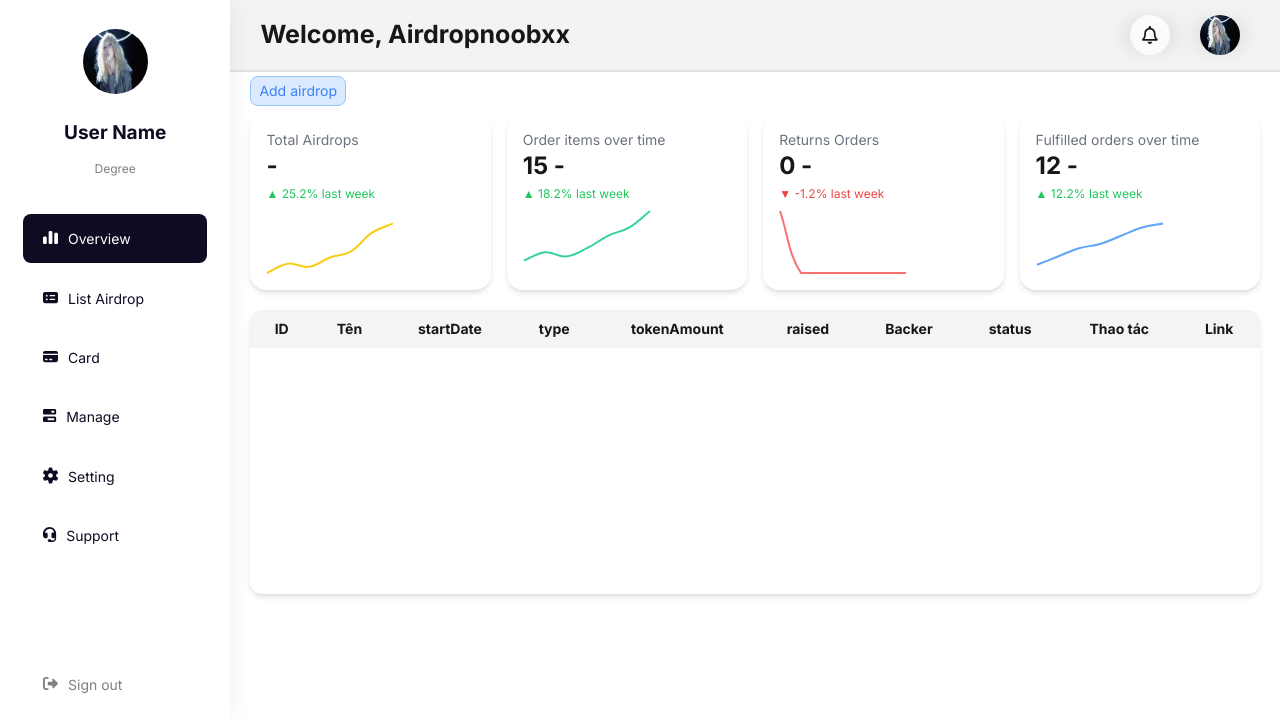
Repository: conGaStuer/airdropmamager
Page: /airdrops
These files come from the project's save history. The page is drawn as it stood at one moment and after the next save; the edit follows.
The browser window is 1280 px wide. The pictures show the whole page.
The page's requests for data from a server got no answer. The project was rebuilt for these pictures with package versions that can differ from the ones it lists, and the page was loaded fresh each time. The framework's server and built-in components were replaced by stand-ins that run in the browser. No one was signed in, and anything a server would have sent is missing. Also part of the build but not shown: next.config.ts.

Above is the page before, as saved 2025-05-28 19:29:44.

### src/app/layout.tsx
// app/layout.tsx
import { Inter } from "next/font/google";
import "../styles/globals.css";
import NavBar from "@/components/NavBar";
import SideBar from "@/components/SideBar";

const inter = Inter({ subsets: ["latin"] });

export const metadata = {
  title: "Airdrop Admin",
  description: "Manage Airdrops",
};

// app/layout.tsx
export default function RootLayout({
  children,
}: {
  children: React.ReactNode;
}) {
  return (
    <html lang="en">
      <body>{children}</body>
    </html>
  );
}

### src/app/airdrops/layout.js
// app/airdrops/layout.js (hoặc layout.tsx nếu bạn dùng TypeScript)
"use client";
import React from "react";
import NavBar from "@/components/NavBar";
import SideBar from "@/components/SideBar";

export default function AirdropLayout({ children }) {
  return (
    <div className="flex">
      <SideBar />
      <div className="flex-1">
        <NavBar />
        <main className="pt-14 ">{children}</main>
      </div>
    </div>
  );
}

### src/app/airdrops/page.js
"use client";
import React from "react";
import { useState, useEffect } from "react";
import axios from "axios";
import { useRouter } from "next/navigation";
import { FontAwesomeIcon } from "@fortawesome/react-fontawesome";

import StatCard from "@/components/StatCard";
import "../../styles/table.scss";
import {
  faArrowUpRightDots,
  faArrowUpRightFromSquare,
} from "@fortawesome/free-solid-svg-icons";
export default function AirdropPages() {
  const [airdrops, setAirdrops] = useState([]);
  const [count, setCount] = useState("");
  useEffect(() => {
    const fetchAirdrops = async () => {
      try {
        const res = await axios.get("http://localhost:5000/api/airdrops");
        setAirdrops(res.data);
      } catch (err) {
        console.error("Error fetching airdrops:", err);
      }
    };
    const fetchCount = async () => {
      try {
        const res = await axios.get("http://localhost:5000/api/airdrops/count");
        setCount(res.data.total);
        console.log("Count data:", res.data); // ✅ Phải là { total: <number> }
      } catch (err) {
        console.error("Error fetching airdrops:", err);
      }
    };
    fetchAirdrops();
    fetchCount();
  }, []);
  const typeClassMap = {
    depin:
      "text-yellow-500 bg-orange-100 border-yellow-300 hover:bg-orange-200",
    testnet:
      "text-purple-500 bg-purple-100 border-purple-300 hover:bg-purple-200",
    webpoint: "text-blue-500 bg-blue-100 border-blue-300 hover:bg-blue-200",
  };
  const handleDelete = async (id) => {
    if (confirm("Bạn có chắc muốn xóa airdrop này không?")) {
      await axios.delete(`http://localhost:5000/api/airdrops/${id}`);
      const res = await axios.get("http://localhost:5000/api/airdrops");
      setAirdrops(res.data);
    }
  };
  const router = useRouter();
  const [currentPage, setCurrentPage] = useState(1);
  const itemsPerPage = 4;
  const indexOfLastItem = currentPage * itemsPerPage;
  const indexOfFirstItem = indexOfLastItem - itemsPerPage;
  const currentItems = airdrops.slice(indexOfFirstItem, indexOfLastItem);
  const totalPages = Math.ceil(airdrops.length / itemsPerPage);

  return (
    <div style={{ padding: 20 }}>
      <button
        className="pl-2 pr-2 pt-1 pb-1 text-blue-500 bg-blue-100 border border-blue-300 rounded-lg mb-2 text-sm"
        onClick={() => router.push("./airdrops/new")}
      >
        Add airdrop
      </button>
      <div className=" grid grid-cols-1 md:grid-cols-2 lg:grid-cols-4 gap-4">
        <StatCard
          title="Total Airdrops "
          value={count}
          percentage={25.2}
          isUp={true}
          chartColor="#FACC15" // yellow
          data={[5, 8, 7, 10, 12, 18, 21]}
        />
        <StatCard
          title="Order items over time"
          value={15}
          percentage={18.2}
          isUp={true}
          chartColor="#34D399" // green
          data={[3, 5, 4, 6, 9, 11, 15]}
        />
        <StatCard
          title="Returns Orders"
          value={0}
          percentage={-1.2}
          isUp={false}
          chartColor="#F87171" // red
          data={[1, 0, 0, 0, 0, 0, 0]}
        />
        <StatCard
          title="Fulfilled orders over time"
          value={12}
          percentage={12.2}
          isUp={true}
          chartColor="#60A5FA" // blue
          data={[2, 4, 6, 7, 9, 11, 12]}
        />
      </div>

      <div className="rounded-xl overflow-hidden shadow-md mt-5 ">
        <table cellPadding="15" className="w-full bg-white ">
          <thead className="bg-gray-100 text-sm text-center">
            <tr>
              <th className="px-4 py-2">ID</th>
              <th className="px-4 py-2">Tên</th>
              <th className="px-4 py-2">startDate</th>
              <th className="px-4 py-2">type</th>
              <th className="px-4 py-2">tokenAmount</th>
              <th className="px-4 py-2">raised</th>
              <th className="px-4 py-2">Backer</th>
              <th className="px-4 py-2">status</th>
              <th className="px-4 py-2">Thao tác</th>
              <th className="px-4 py-2">Link</th>
            </tr>
          </thead>
          <tbody>
            {currentItems.map((item) => (
              <tr key={item.id} className="border-t text-center text-sm">
                <td>{item.id}</td>
                <td>{item.name}</td>
                <td>{new Date(item.startDate).toLocaleDateString("vi-VN")}</td>
                <td>
                  <span
                    className={`px-2 py-0.5 text-xs border rounded-full transition
      ${
        item.type === "DEPIN"
          ? "text-green-500 bg-green-100 border-green-300 hover:bg-green-200"
          : item.type === "Testnet"
          ? "text-red-500 bg-red-100 border-red-300 hover:bg-red-200"
          : item.type === "Webpoint"
          ? "text-orange-500 bg-orange-100 border-orange-300 hover:bg-orange-200"
          : "text-gray-500 bg-gray-100 border-gray-300 hover:bg-gray-200"
      }`}
                  >
                    {item.type}
                  </span>
                </td>
                <td>{item.tokenAmount}</td>
                <td>{item.raised}</td>
                <td>{item.backer}</td>
                <td
                  className={
                    item.status === "online" ? "text-green-500" : "text-red-500"
                  }
                >
                  {item.status}
                </td>
                <td>
                  <button
                    onClick={() => router.push(`./airdrops/${item.id}/edit`)}
                    className="inline-flex items-center px-2 py-0.5 text-xs
                text-yellow-500 bg-orange-100 border border-yellow-300 rounded-full
                hover:bg-orange-200 transition mr-2"
                  >
                    <span className="w-2 h-2 mr-2 bg-yellow-500 rounded-full"></span>
                    Edit
                  </button>
                  <button
                    className="inline-flex items-center px-2 py-0.5 text-xs
                text-blue-500 bg-blue-100 border border-blue-300 rounded-full
                hover:bg-blue-200 transition"
                    onClick={() => handleDelete(item.id)}
                  >
                    <span className="w-2 h-2 mr-2 bg-blue-500 rounded-full"></span>
                    Delete
                  </button>
                </td>
                <td>
                  <FontAwesomeIcon icon={faArrowUpRightFromSquare} />
                </td>
              </tr>
            ))}
          </tbody>
        </table>
        <div className="flex justify-center mt-6 space-x-2">
          {Array.from({ length: totalPages }, (_, i) => (
            <button
              key={i}
              onClick={() => setCurrentPage(i + 1)}
              className={`w-5 h-5 text-sm border rounded-md transition duration-200 relative bottom-2
        ${
          currentPage === i + 1
            ? "bg-blue-500 text-white border-blue-500"
            : "bg-white text-blue-500 border border-blue-300 hover:bg-blue-100"
        }`}
            >
              {i + 1}
            </button>
          ))}
        </div>
      </div>
    </div>
  );
}

### src/styles/globals.css
@tailwind base;
@tailwind components;
@tailwind utilities;

:root {
  --background: #ffffff;
  --foreground: #171717;
}

@media (prefers-color-scheme: dark) {
  :root {
    --background: #ffffff;
    --foreground: #393737;
  }
}

body {
  color: var(--foreground);
  background: var(--background);
  font-family: inter;
  background-size: cover;
  background-position: center;
}

### src/components/NavBar.js
import React from "react";
import "../styles/navbar.scss";
import { FontAwesomeIcon } from "@fortawesome/react-fontawesome";
import {
  faEdit,
  faTrash,
  faRectangleList,
  faChartSimple,
  faCreditCard,
  faBarsProgress,
  faGear,
  faHeadset,
  faRightFromBracket,
  faRing,
} from "@fortawesome/free-solid-svg-icons";
import { faBell } from "@fortawesome/free-regular-svg-icons";
import Image from "next/image";
export default function NavBar() {
  return (
    <div className="nav-side">
      <p>Welcome, Airdropnoobxx </p>
      <div className="menu">
        <div className="iconn">
          <FontAwesomeIcon icon={faBell} className="icon" />
        </div>
        <Image src="/styles/avt.jpg" alt="Avatar" width={20} height={20} />
      </div>
    </div>
  );
}

### src/components/SideBar.js
"use client";
import React from "react";
import "../styles/sideBar.scss";
import { useRouter, usePathname } from "next/navigation";
import { FontAwesomeIcon } from "@fortawesome/react-fontawesome";
import {
  faEdit,
  faTrash,
  faRectangleList,
  faChartSimple,
  faCreditCard,
  faBarsProgress,
  faGear,
  faHeadset,
  faRightFromBracket,
} from "@fortawesome/free-solid-svg-icons";
import Image from "next/image";
const pathname = usePathname();
export default function SideBar() {
  const router = useRouter();
  return (
    <div className="side-bar">
      <div className="side-info">
        <div className="user-profile">
          <Image src="/styles/avt.jpg" alt="Avatar" width={80} height={80} />
          <h4>User Name</h4>
          <p>Degree</p>
        </div>
      </div>
      <div className="side-menu cursor-pointer">
        <div
          className="menu-element menu-element1 "
          onClick={() => router.push("/")}
        >
          <FontAwesomeIcon icon={faChartSimple} className="icon" />

          <span>Overview</span>
        </div>
        <div
          className="menu-element cursor-pointer"
          onClick={() => router.push("/airdrops")}
        >
          <FontAwesomeIcon icon={faRectangleList} className="icon" />

          <span>List Airdrop</span>
        </div>
        <div className="menu-element">
          <FontAwesomeIcon icon={faCreditCard} className="icon" />
          <span>Card</span>
        </div>
        <div className="menu-element">
          <FontAwesomeIcon icon={faBarsProgress} className="icon" />
          <span>Manage</span>
        </div>
        <div className="menu-element">
          <FontAwesomeIcon icon={faGear} className="icon" />
          <span>Setting</span>
        </div>
        <div className="menu-element">
          <FontAwesomeIcon icon={faHeadset} className="icon" />

          <span>Support</span>
        </div>
      </div>
      <div className="side-logout">
        <FontAwesomeIcon icon={faRightFromBracket} className="icon" />
        <span>Sign out</span>
      </div>
    </div>
  );
}

### src/components/StatCard.js
import { Line } from "react-chartjs-2";
import {
  Chart as ChartJS,
  LineElement,
  CategoryScale,
  LinearScale,
  PointElement,
} from "chart.js";

ChartJS.register(LineElement, CategoryScale, LinearScale, PointElement);

export default function StatCard({
  title,
  value,
  percentage,
  chartColor,
  data,
  isUp,
}) {
  return (
    <div className="bg-white p-4 rounded-2xl shadow-md">
      <div className="text-sm text-gray-500">{title}</div>
      <div className="flex items-center justify-between">
        <div className="text-2xl font-bold">{value} -</div>
      </div>
      <div className="flex items-center text-xs text-gray-400 mt-1">
        <span className={isUp ? "text-green-500" : "text-red-500"}>
          {isUp ? "▲" : "▼"} {percentage}% last week
        </span>
      </div>
      <div className="h-16 mt-2">
        <Line
          data={{
            labels: data.map((_, i) => i),
            datasets: [
              {
                data,
                borderColor: chartColor,
                borderWidth: 2,
                tension: 0.4,
                pointRadius: 0,
              },
            ],
          }}
          options={{
            responsive: true,
            plugins: {
              legend: { display: false },
              tooltip: { enabled: false },
            },
            scales: {
              x: { display: false },
              y: { display: false },
            },
          }}
        />
      </div>
    </div>
  );
}

### src/styles/table.scss
table {
  border: 1px solid #f3f3f3;
  border-radius: 16rem;
  height: 260px;
}
td {
  font-family: "Inter", sans-serif;
  font-size: small;
}
.min-table-height {
  min-height: 500px; /* Điều chỉnh tùy theo chiều cao của 10 dòng */
}

### src/styles/navbar.scss
@mixin center-div {
  display: flex;

  justify-content: space-between;
  align-items: center;
}
@mixin no-space-text {
  margin: 0px;
  padding: 0px;
}
.nav-side {
  width: 82%;
  height: 10vh;
  background-color: #f3f3f3;
  position: fixed;
  float: right;
  right: 0px;

  border-bottom-right-radius: 0px;
  @include center-div();
  padding-left: 30px;
  padding-right: 40px;
  border-bottom: 2px solid rgb(226, 226, 226);
  p {
    font-size: 25px;
    font-weight: bold;
    font-family: "Inter", sans-serif;
  }
  .menu {
    width: 120px;
    height: 90%;
    @include center-div();

    .iconn {
      width: 40px;
      height: 40px;
      background-color: #fbfbfa;
      border-radius: 50%;
      @include center-div();
      justify-content: center;
      position: relative;
      left: 10px;
      box-shadow: 10px 0 20px -5px rgba(0, 0, 0, 0.1),
        -10px 0 20px -5px rgba(0, 0, 0, 0.1);

      .icon {
        font-size: 18px;
      }
    }
    img {
      width: 40px;
      height: 40px;
      border-radius: 50%;
      box-shadow: 10px 0 20px -5px rgba(0, 0, 0, 0.1),
        -10px 0 20px -5px rgba(0, 0, 0, 0.1);
    }
  }
}

### src/styles/sideBar.scss
@mixin center-div {
  display: flex;
  flex-direction: column;
  justify-content: space-between;
  align-items: center;
}
@mixin no-space-text {
  margin: 0px;
  padding: 0px;
}
.side-bar {
  font-family: "Inter", sans-serif;
  @include center-div();
  width: 18%;
  height: 100vh;
  background-color: white;
  color: #808080;
  box-shadow: 10px 0 20px -5px rgba(0, 0, 0, 0.05),
    -10px 0 20px -5px rgba(0, 0, 0, 0.05);
  z-index: 1;
  .icon {
    font-size: 15px;
    margin-right: 10px;
    position: relative;
    top: -1px;
  }
  .side-info {
    width: 80%;
    height: 34%;
    display: flex;
    flex-direction: column;
    justify-content: space-around;
    align-items: center;
    position: relative;
    top: -10px;
    h4 {
      @include no-space-text();
      font-size: 18px;
      font-weight: bold;
    }
    .user-profile {
      width: 75%;
      height: 68%;
      @include center-div();

      img {
        width: 65px;
        height: 65px;
        border-radius: 50%;
      }
      h4 {
        font-size: 19px;
        font-weight: bold;
        @include no-space-text();
        position: relative;
        top: -3px;
        color: #0d0c22;
      }
      p {
        @include no-space-text();
        font-size: 12px;
        position: relative;
        top: -18px;
      }
    }
  }
  .side-menu {
    width: 80%;
    height: 48%;
    @include center-div();
    position: relative;
    top: -65px;
    .menu-element {
      width: 100%;
      height: 14%;
      background-color: white;
      border-radius: 8px;
      font-size: 14px;
      display: flex;
      align-items: center;
      padding: 20px;
      color: #0d0c22;
    }
    .menu-element1 {
      background-color: #0d0c22;
      color: white;
    }
  }
  .side-logout {
    width: 80%;
    height: 7%;
    display: flex;
    align-items: center;
    padding: 20px;
    margin-bottom: 10px;
    span {
      font-size: 14px;
    }
  }
}

### tailwind.config.ts
import type { Config } from "tailwindcss";

export default {
  content: [
    "./src/pages/**/*.{js,ts,jsx,tsx,mdx}",
    "./src/components/**/*.{js,ts,jsx,tsx,mdx}",
    "./src/app/**/*.{js,ts,jsx,tsx,mdx}",
  ],
  theme: {
    extend: {
      colors: {
        background: "var(--background)",
        foreground: "var(--foreground)",
      },
      fontFamily: {
        sans: ["var(--font-inter)", "sans-serif"],
      },
    },
  },
  plugins: [],
} satisfies Config;

After the next save:
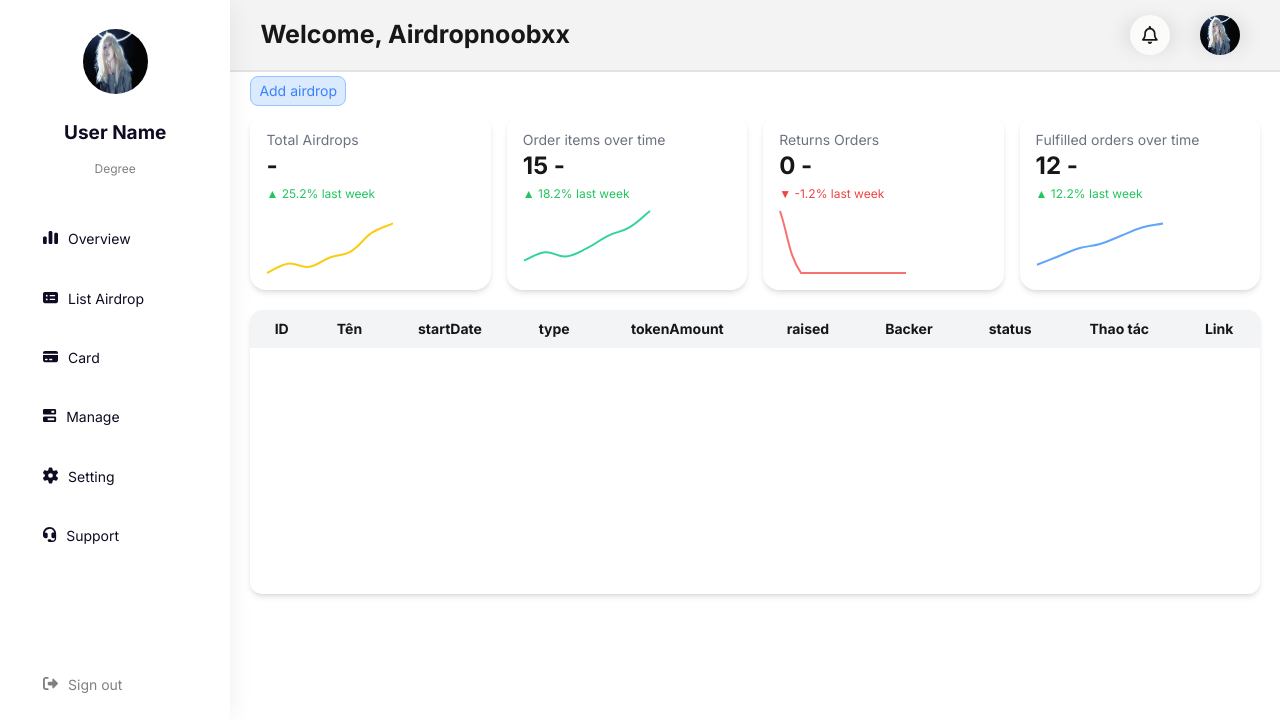
Saved 3 min 13 s later.
--- a/src/components/SideBar.js
+++ b/src/components/SideBar.js
@@ -29,7 +29,7 @@ export default function SideBar() {
       </div>
       <div className="side-menu cursor-pointer">
         <div
-          className="menu-element menu-element1 "
+          className={`menu-element  ${pathname === "/" ? "active" : ""} `}
           onClick={() => router.push("/")}
         >
           <FontAwesomeIcon icon={faChartSimple} className="icon" />
@@ -37,7 +37,9 @@ export default function SideBar() {
           <span>Overview</span>
         </div>
         <div
-          className="menu-element cursor-pointer"
+          className={`menu-element  ${
+            pathname === "/airdrops" ? "active" : ""
+          } `}
           onClick={() => router.push("/airdrops")}
         >
           <FontAwesomeIcon icon={faRectangleList} className="icon" />
